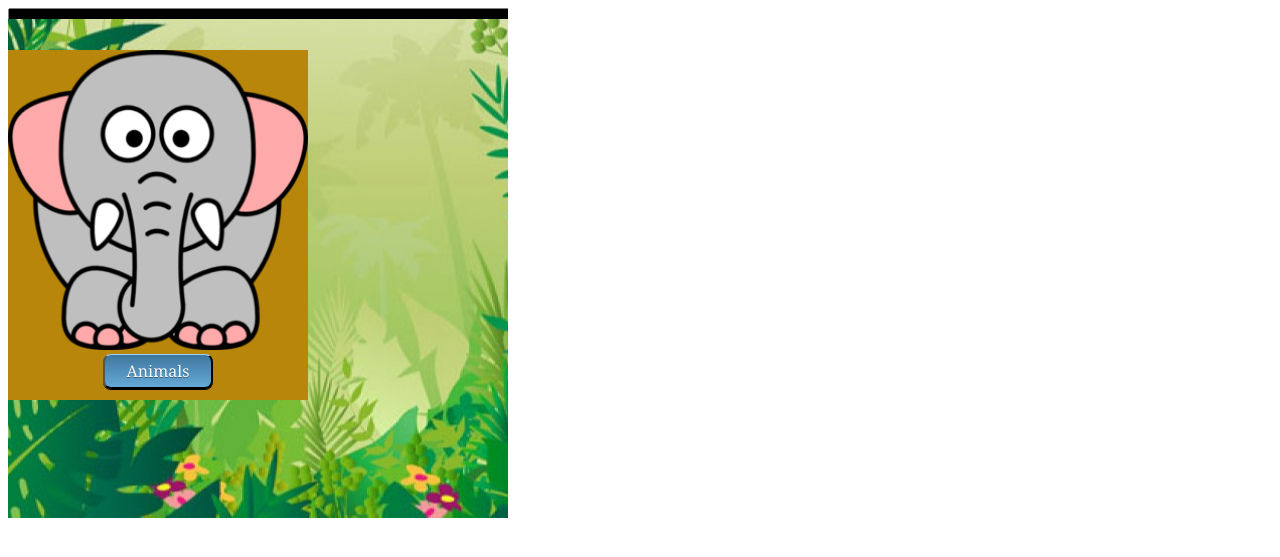
Repository: RathipriyaChandrasekaran/dotlite
Page: ConnectDots/menupage.html
An editor plug-in stored every save of this project. The page is shown before and after the next save, followed by the edit.
The browser window is 1280 px wide. The pictures show the whole page.

Above is the page before, as saved 2014-12-14 16:09:24.

### ConnectDots/menupage.html
<!DOCTYPE html>
<html>
<head>
     <meta charset="utf-8" />
     <meta name="viewport" content="width=device-width, initial-scale=1.0, maximum-scale=1.0">
     <link rel="stylesheet" type="text/css" href="css/appstyle.css"/>
     <script src="js/main.js"></script>
</head>
<body>

 <div id="scroll" class="scope">

   <div id="filmstrip" class="filmstrip" style= "width:1300px;">
    <div id="animallearning" class="scrollable" onclick="animalpage()">
     <img src="images/elephants.png"></img>
     <button class="button" style="width:110px !important;" >Animals</button>
    </div>
    <div id="musiclearning" class="scrollable">
     <img src="images/guitar.png"></img>
     <button class="button" style="width:110px !important;" >Music</button>
    </div>
    <div id="fruitslearning" class="scrollable">
     <img src="images/fruits.png"></img>
     <button class="button" style="width:110px !important;">Fruits</button>
    </div>

   </div>
 </div>
 <canvas id="canvas" width="500px" height="520px"></canvas>



 <script>
 var points=new Array();
 var canvas = document.getElementById('canvas');
 var context = canvas.getContext('2d');
 var height = 500;
 var width = 500;

 context.beginPath();
 context.rect(1, 1, width, height);
 context.fill();
 context.lineWidth = 1;
 context.strokeStyle = 'black';
 context.stroke();

 function loadCanvas(dataURL, _cb) {

     // load image from data url
     var imageObj = new Image();
     imageObj.onload = function() {
         var imgWidth = this.width;
         var imgHeight = this.height;
         var posX = (width - imgWidth)/2;
         var posY = (height - imgHeight)/2;
         context.drawImage(this, -5, posY + 10);
         if (_cb) _cb();
     };

     imageObj.src = dataURL;
 }

loadCanvas("images/jungle.png", function() {

});

function animalpage(){
	window.location.href="animals.html";
}


 </script>
</body>
</html>

### ConnectDots/css/appstyle.css
#backgroundimage{
	display: block;

    background-repeat: no-repeat ;
}

#play{
	position: absolute;
	top: 270px;
	left: 200px;
	width: 100px;
	height: 35px;
}

#pref{
	position : absolute;
	top: 320px;
	left: 200px;
	width: 100px;
	height: 30px;
}
#moregame{
	position : absolute;
	top: 360px;
	left: 200px;
	width: 100px;
	height: 30px;
}
#animals{
	position : absolute;
	top: 440px;
	left: 80px;
	width: 150px;
	height: 40px;
}
#fullversion{
	position : absolute;
	top: 400px;
	left: 200px;
	width: 100px;
	height: 30px;
}
.button {
   border-top: 1px solid #96d1f8;
   background: #D2691E;
   background: -webkit-gradient(linear, left top, left bottom, from(#3e779d), to(#65a9d7));
   background: -webkit-linear-gradient(top, #3e779d, #65a9d7);
   background: -moz-linear-gradient(top, #3e779d, #65a9d7);
   background: -ms-linear-gradient(top, #3e779d, #65a9d7);
   background: -o-linear-gradient(top, #3e779d, #65a9d7);
   padding: 5px 10px;
   -webkit-border-radius: 8px;
   -moz-border-radius: 8px;
   border-radius: 8px;
   -webkit-box-shadow: rgba(0,0,0,1) 0 1px 0;
   -moz-box-shadow: rgba(0,0,0,1) 0 1px 0;
   box-shadow: rgba(0,0,0,1) 0 1px 0;
   text-shadow: rgba(0,0,0,.4) 0 1px 0;
   color: white;
   font-size: 16px;
   font-family: Georgia, serif;
   text-decoration: bold;
   vertical-align: middle;
   }
.button:hover {
   border-top-color: #28597a;
   background: #28597a;
   color: #ccc;
   }
.button:active {
   border-top-color: #1b435e;
   background: #D2691E;
   }
   .smallbutton {
   border-top: 1px solid #96d1f8;
   background: #65a9d7;
   background: -webkit-gradient(linear, left top, left bottom, from(#3e779d), to(#65a9d7));
   background: -webkit-linear-gradient(top, #3e779d, #65a9d7);
   background: -moz-linear-gradient(top, #3e779d, #65a9d7);
   background: -ms-linear-gradient(top, #3e779d, #65a9d7);
   background: -o-linear-gradient(top, #3e779d, #65a9d7);
   padding: 5px 10px;
   -webkit-border-radius: 8px;
   -moz-border-radius: 8px;
   border-radius: 8px;
   -webkit-box-shadow: rgba(0,0,0,1) 0 1px 0;
   -moz-box-shadow: rgba(0,0,0,1) 0 1px 0;
   box-shadow: rgba(0,0,0,1) 0 1px 0;
   text-shadow: rgba(0,0,0,.4) 0 1px 0;
   color: white;
   font-size: 14px;
   font-family: Georgia, serif;
   text-decoration: none;
   vertical-align: middle;
   }
   .scope{
     position: absolute;
     top: 50px;
     width:300px;
     overflow-x:scroll;
     overflow-y:hidden;
   }

    img{
      top: 20px;
     width: 300px;
     height: 300px;
    }
    .scrollable{
      cursor: pointer;
      background-color: #B8860B;
      width: 300px;
      height: 350px;
      position: relative;
    }
    a.fill-div {
    display: block;
    height: 100%;
    width: 100%;
    text-decoration: none;
}


/**/
.filmstrip>div {
  width:300px;
  display:inline-block;
  text-align:center;
}

### ConnectDots/js/main.js
var startTime;
var checkTime;

//Initialize function
var init = function () {
	// TODO:: Do your initialization job
	console.log("init() called");

	// add eventListener for tizenhwkey
	document.addEventListener('tizenhwkey', function(e) {
		if(e.keyName == "back") {
			try {
				tizen.application.getCurrentApplication().exit();
			} catch (error) {
				console.error("getCurrentApplication(): " + error.message);
			}
		}
	});
};
// window.onload can work without <body onload="">
window.onload = init;

function startTime() {
	var today = new Date();
	var h = today.getHours();

	var m = today.getMinutes();
	var s = today.getSeconds();
	m = checkTime(m);
	s = checkTime(s);
	document.getElementById('divbutton1').innerHTML="Current time: " + h + ":" + m + ":" + s;
	var t = setTimeout(startTime, 250);
}

function checkTime(i) {
	if (i < 10) {
		i="0" + i;
	}
	return i;
}

After the next save:
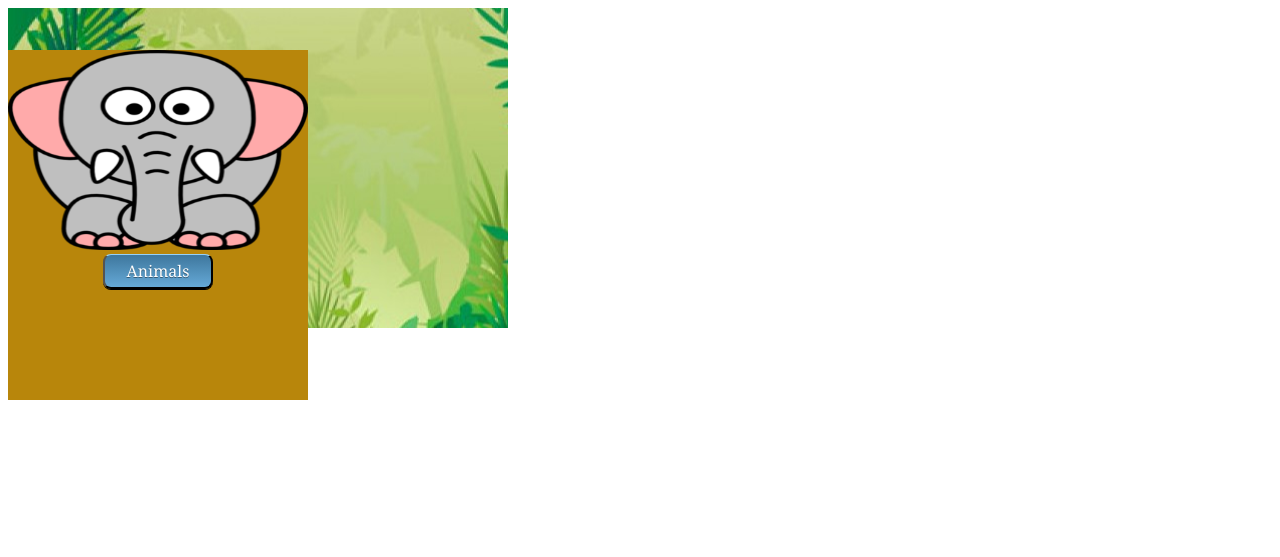
Saved 12 min 12 s later.
--- a/ConnectDots/menupage.html
+++ b/ConnectDots/menupage.html
@@ -26,7 +26,7 @@
 
    </div>
  </div>
- <canvas id="canvas" width="500px" height="520px"></canvas>
+ <canvas id="canvas" width="500px" height="320px"></canvas>
 
 
 
@@ -34,7 +34,7 @@
  var points=new Array();
  var canvas = document.getElementById('canvas');
  var context = canvas.getContext('2d');
- var height = 500;
+ var height = 320;
  var width = 500;
 
  context.beginPath();
--- a/ConnectDots/css/appstyle.css
+++ b/ConnectDots/css/appstyle.css
@@ -104,7 +104,7 @@
     img{
       top: 20px;
      width: 300px;
-     height: 300px;
+     height: 200px;
     }
     .scrollable{
       cursor: pointer;
